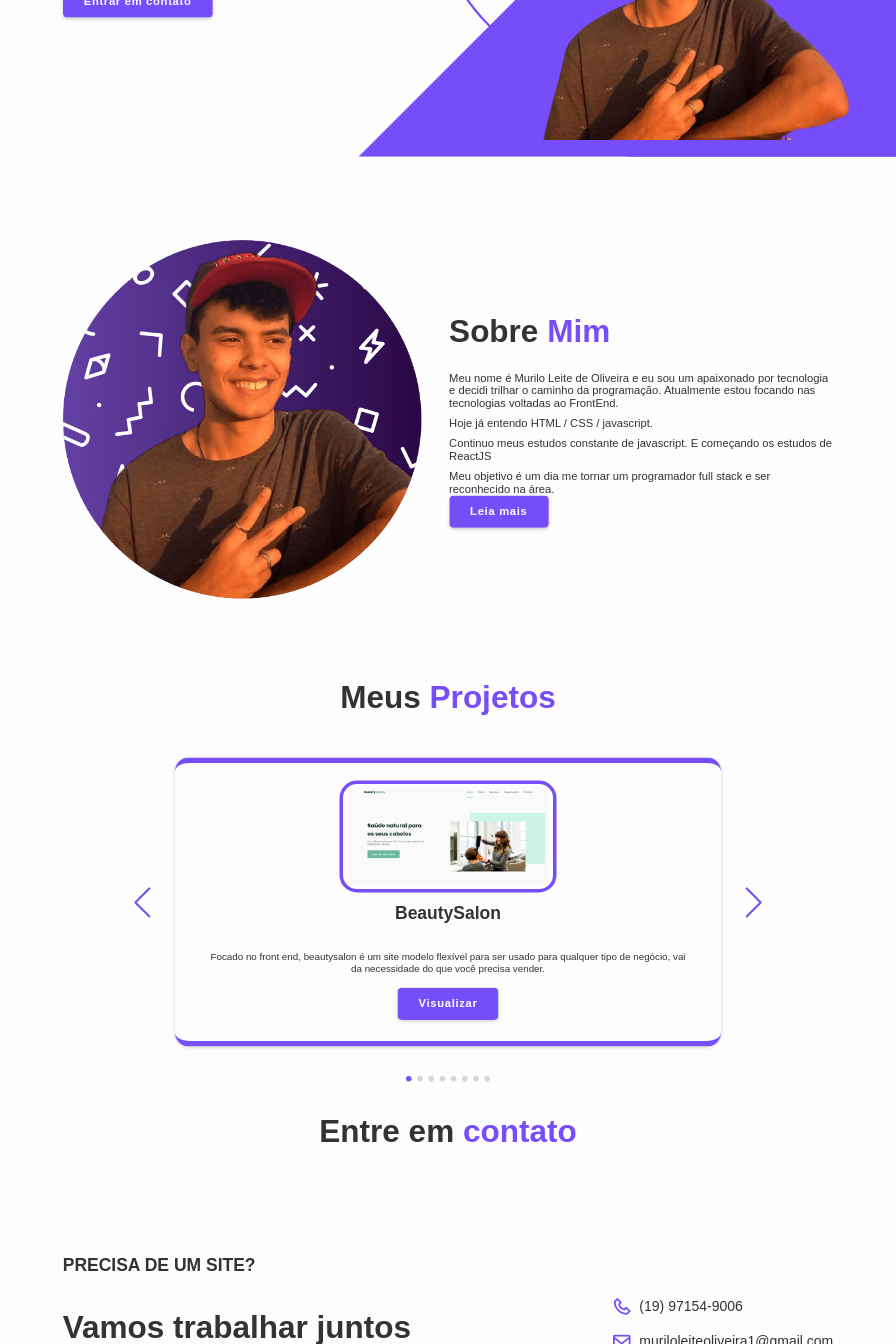
Repository: devMuriloOliveira/Portfolio-
Page: index.html
The author's editor kept a copy of each file at every save. The page is drawn from the files as they stood at one save, then again after the next save.
The browser window is 1280 px wide. The pictures show the part of the page from y = 520 to 2440 px (the page is 2814 px tall before and 2916 px after), at 70% of full size.
Some web fonts or font styles are not loaded; a fallback is used.

Above is the page before, as saved 2023-03-14 19:51:14.

After the next save:
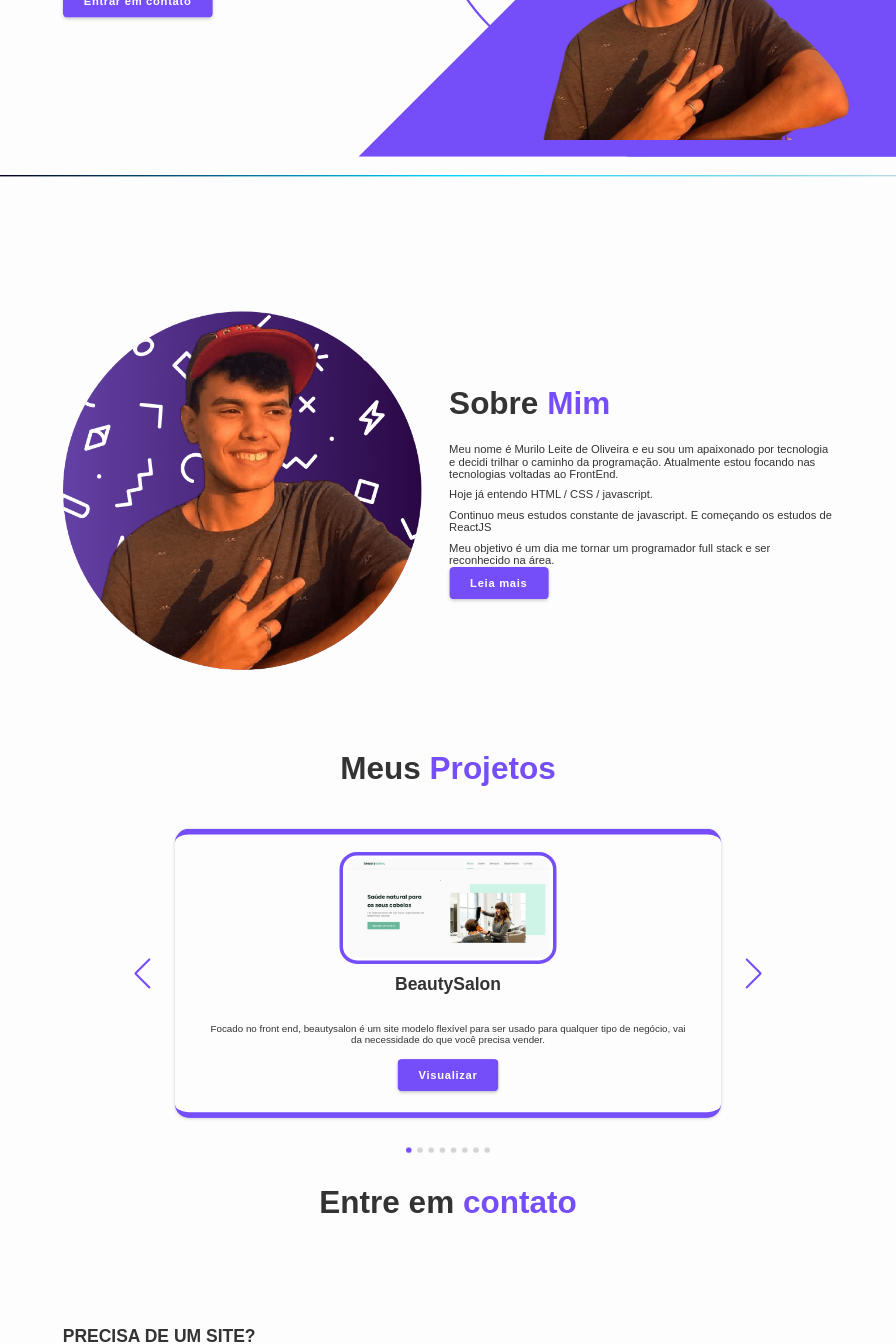
Saved 74 s later.
--- a/index.html
+++ b/index.html
@@ -96,6 +96,8 @@
     </section>
 
     <!------------sobre------------>
+    <div class="divider-1"></div>
+
 
     <section class="sobre" id="sobre">
       <div class="sobre-img">
